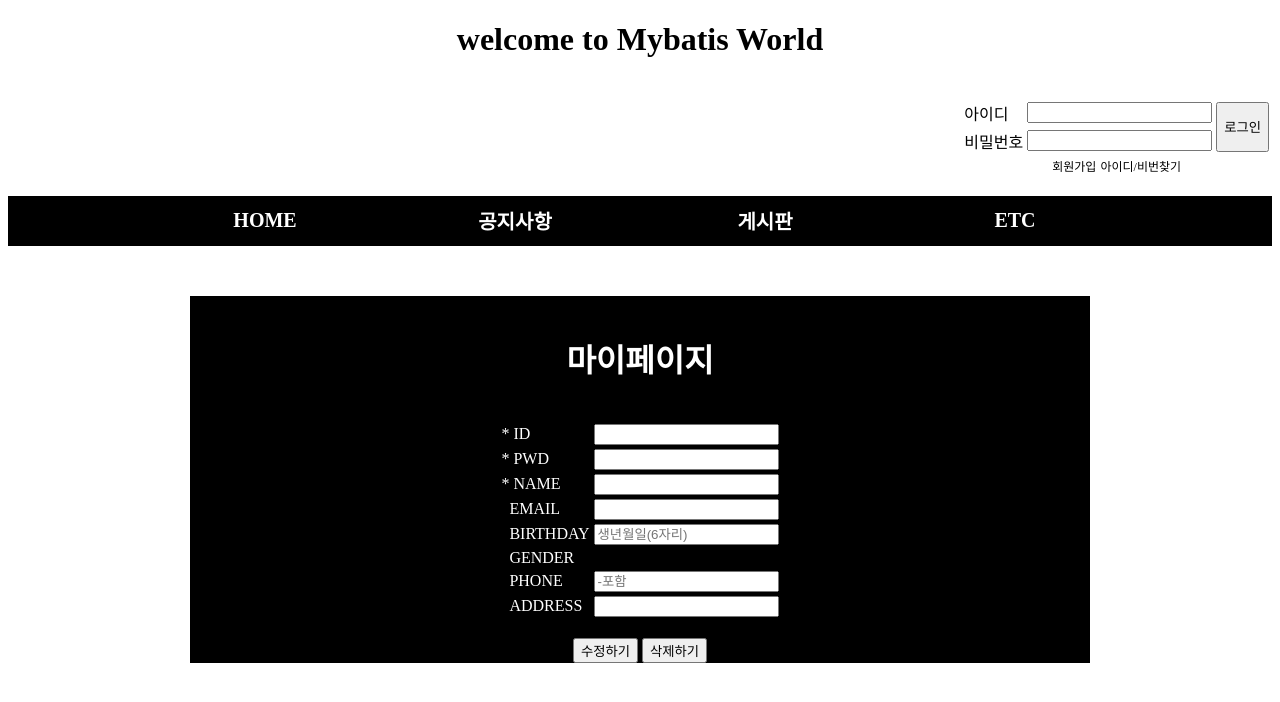
Repository: euicheol99/mystudycode
Page: http://localhost/mybatisProject/views/member/myPage.jsp
These files come from the project's save history. The page is drawn as it stood at one moment and after the next save; the edit follows.
The browser window is 1280 px wide. The pictures show the whole page.
The page is served by Tomcat 10. Other server files are loaded and not shown.

Above is the page before, as saved 2025-03-07 01:27:54.
Console error (its wording comes from the project's code and is left out).

### 08_Mybatis/mybatisProject/src/main/webapp/views/member/myPage.jsp
<%@ page language="java" contentType="text/html; charset=UTF-8"
    pageEncoding="UTF-8"%>
<!DOCTYPE html>
<html>
<head>
<meta charset="UTF-8">
<title>Insert title here</title>
</head>
<body>
<jsp:include page="../common/menubar.jsp" />

		<div class="outer">
			<br>
			<h1 align="center">마이페이지</h1>
			<br>

			<form action="" method="post">
				<table align="center">
					<tr>
						<td>* ID</td>
						<td><input type="text" name="userId" required value="${loginUser.userId}"></td>
					</tr>
					<tr>
						<td>* PWD</td>
						<td><input type="password" name="userPwd" required value="${loginUser.userPwd}"></td>
					</tr>
					<tr>
						<td>* NAME</td>
						<td><input type="text" name="userName" required value="${loginUser.userName}"></td>
					</tr>
					<tr>
						<td>&nbsp;&nbsp;EMAIL</td>
						<td><input type="email" name="email" value = "${loginUser.email }"></td>
					</tr>
					<tr>
						<td>&nbsp;&nbsp;BIRTHDAY</td>
						<td><input type="text" name="birthday" placeholder="생년월일(6자리)" value="${loginUser.birthday}"></td>
					</tr>
					<tr>
						<td>&nbsp;&nbsp;GENDER</td>
						<td>
							${loginUser.gender}
						</td>
					</tr>
					<tr>
						<td>&nbsp;&nbsp;PHONE</td>
						<td><input type="text" name="phone" placeholder="-포함" value="${loginUser.phone}"></td>
					</tr>
					<tr>
						<td>&nbsp;&nbsp;ADDRESS</td>
						<td><input type="text" name="address" value = "${loginUser.address }"></td>
					</tr>
				</table>

				<br>
				<div align="center">
					<button type="reset" onclick="${pageContext.request.contextPath}/update.me">수정하기</button>
					<button type="submit">삭제하기</button>
				</div>
			</form>
		</div>
</body>
</html>

### 08_Mybatis/mybatisProject/src/main/webapp/views/common/menubar.jsp
<%@ page language="java" contentType="text/html; charset=UTF-8"
    pageEncoding="UTF-8"%>
<%@ taglib prefix="c" uri="http://java.sun.com/jsp/jstl/core" %>
<!DOCTYPE html>
<html>
<head>
<meta charset="UTF-8">
<title>Insert title here</title>
<style>
    .login-area a{
        text-decoration: none;
        color: black;
        font-size: 12px;
    }

    .nav-area{
        background: black;
        color: white;
        height: 50px;
    }
    .menu{
        display: table-cell;
        width: 250px;
        height: 50px;
        vertical-align: middle;
        font-size: 20px;
        font-weight: bold;
    }
    .outer{
    	width: 900px;
    	background: black;
    	color: white;
    	margin: auto;
    	margin-top: 50px;
    }
</style>
</head>
<body>

    <h1 align="center">welcome to Mybatis World</h1>
    <br>

    <div class="login-area" align="right">
       <c:choose>
       <c:when test="${empty loginUser}">
	        <form action="${pageContext.request.contextPath}/login.me" method="post">
		        <table>
		            <tr>
		                <td>아이디</td>
		                <td><input type="text" name="userId" required></td>
		                <td rowspan="2"><button type="submit" style="height: 50px;">로그인</button></td>
		            </tr>
		            <tr>
		                <td>비밀번호</td>
		                <td><input type="password" name="userPwd" required></td>

		            </tr>
		            <tr>
		                <td colspan="3" align="center">
		                    <a href="enrollForm.me">회원가입</a>
		                    <a href="">아이디/비번찾기</a>
		                </td>
		            </tr>
	            </table>
	        </form>
     	</c:when>
       	<c:otherwise>
        	<!-- 로그인후 -->
	        <div>
	            <table>
	                <tr>
	                    <td colspan="2">
	                        <h3>${loginUser.userName }님 환영합니다. </h3>
	                    </td>
	                    <td></td>
	                </tr>
	                <tr>
	                    <td><a href="myPage.me">마이페이지</a></td>
	                    <td><a href="">로그아웃</a></td>
	                </tr>
	            </table>
	        </div>
        </c:otherwise>
        </c:choose>
    </div>
    <br>

    <div class="nav-area" align="center">
        <div class="menu">HOME</div>
        <div class="menu">공지사항</div>
        <div class="menu">게시판</div>
        <div class="menu">ETC</div>
    </div>
</body>
</html>

After the next save:
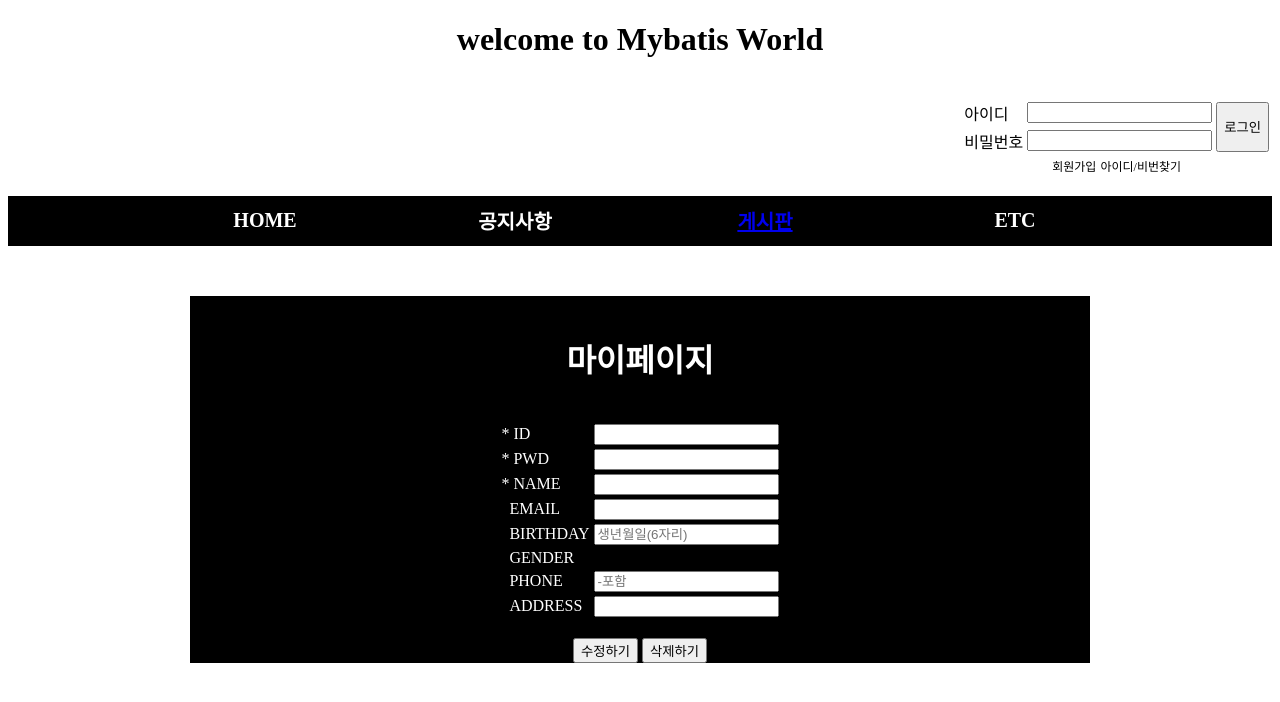
Saved 2 min 33 s later.
--- a/08_Mybatis/mybatisProject/src/main/webapp/views/common/menubar.jsp
+++ b/08_Mybatis/mybatisProject/src/main/webapp/views/common/menubar.jsp
@@ -88,7 +88,7 @@
     <div class="nav-area" align="center">
         <div class="menu">HOME</div>
         <div class="menu">공지사항</div>
-        <div class="menu">게시판</div>
+        <div class="menu"><a href="list.bo?cpage=1">게시판</a></div>
         <div class="menu">ETC</div>
     </div>
 </body>
